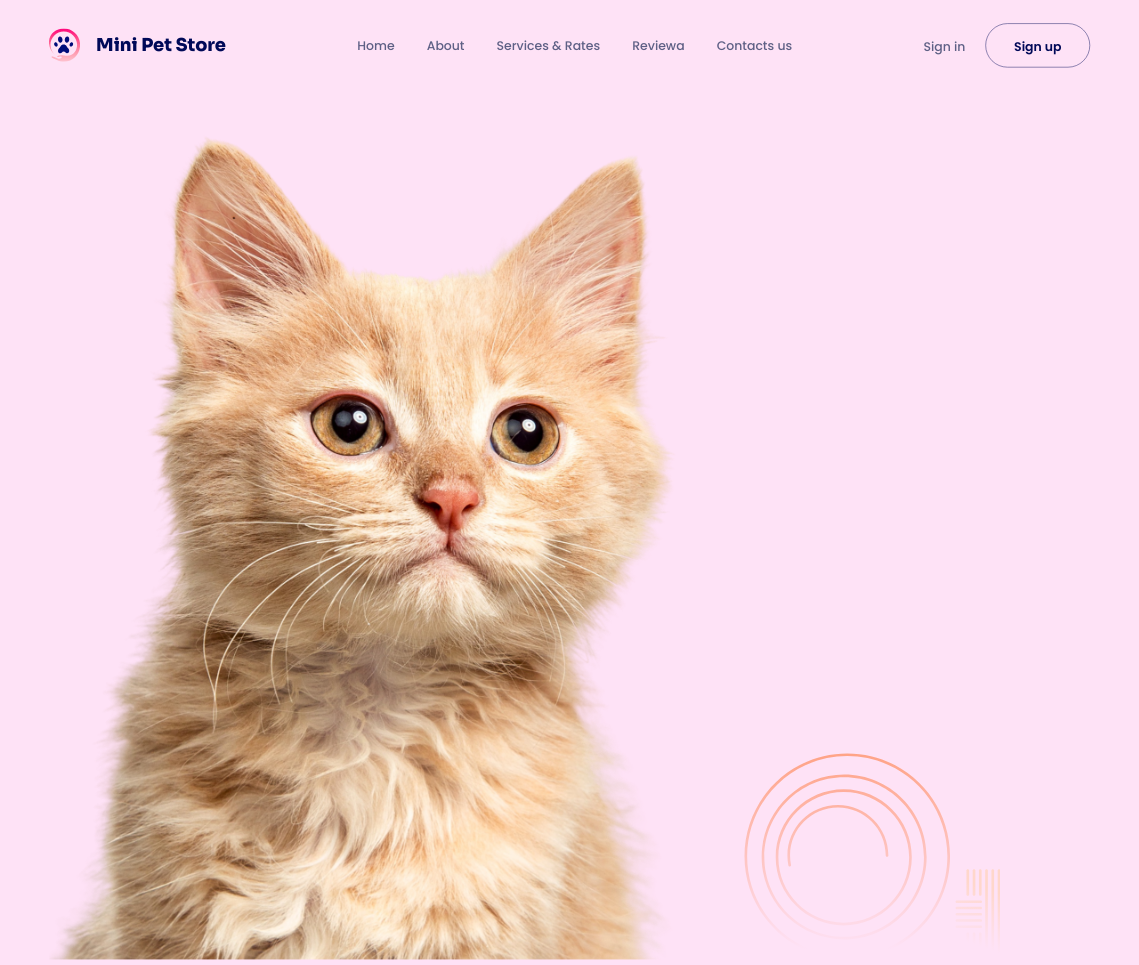
Repository: Tran-Dat/ASM-HTML5-F8-04
Page: index.html
An editor plug-in stored every save of this project. The page is shown before and after the next save, followed by the edit.
The browser window is 1280 px wide. The pictures show the whole page, at 89% of full size.

Above is the page before, as saved 2023-06-12 15:52:21.

### index.html
<!DOCTYPE html>
<html lang="en">
    <head>
        <meta charset="UTF-8" />
        <meta name="viewport" content="width=device-width, initial-scale=1.0" />
        <title>PS27621-TranTanDat-ASM</title>

        <!-- favicon -->
        <link
            rel="apple-touch-icon"
            sizes="57x57"
            href="./assets/favicon/apple-icon-57x57.png"
        />
        <link
            rel="apple-touch-icon"
            sizes="60x60"
            href="./assets/favicon/apple-icon-60x60.png"
        />
        <link
            rel="apple-touch-icon"
            sizes="72x72"
            href="./assets/favicon/apple-icon-72x72.png"
        />
        <link
            rel="apple-touch-icon"
            sizes="76x76"
            href="./assets/favicon/apple-icon-76x76.png"
        />
        <link
            rel="apple-touch-icon"
            sizes="114x114"
            href="./assets/favicon/apple-icon-114x114.png"
        />
        <link
            rel="apple-touch-icon"
            sizes="120x120"
            href="./assets/favicon/apple-icon-120x120.png"
        />
        <link
            rel="apple-touch-icon"
            sizes="144x144"
            href="./assets/favicon/apple-icon-144x144.png"
        />
        <link
            rel="apple-touch-icon"
            sizes="152x152"
            href="./assets/favicon/apple-icon-152x152.png"
        />
        <link
            rel="apple-touch-icon"
            sizes="180x180"
            href="./assets/favicon/apple-icon-180x180.png"
        />
        <link
            rel="icon"
            type="image/png"
            sizes="192x192"
            href="./assets/favicon/android-icon-192x192.png"
        />
        <link
            rel="icon"
            type="image/png"
            sizes="32x32"
            href="./assets/favicon/favicon-32x32.png"
        />
        <link
            rel="icon"
            type="image/png"
            sizes="96x96"
            href="./assets/favicon/favicon-96x96.png"
        />
        <link
            rel="icon"
            type="image/png"
            sizes="16x16"
            href="./assets/favicon/favicon-16x16.png"
        />
        <link rel="manifest" href="./assets/favicon/manifest.json" />
        <meta name="msapplication-TileColor" content="#ffffff" />
        <meta
            name="msapplication-TileImage"
            content="./assets/favicon/ms-icon-144x144.png"
        />
        <meta name="theme-color" content="#ffffff" />

        <!-- reset css -->
        <link rel="stylesheet" href="./assets/css/reset.css" />

        <!-- Font gg -->
        <link rel="preconnect" href="https://fonts.googleapis.com" />
        <link rel="preconnect" href="https://fonts.gstatic.com" crossorigin />
        <link
            href="https://fonts.googleapis.com/css2?family=Poppins:wght@300;400;500;600&family=Sora:wght@600;700;800&display=swap"
            rel="stylesheet"
        />

        <!-- styles css -->
        <link rel="stylesheet" href="./assets/css/styles.css" />
    </head>
    <body>
        <!-- Header -->
        <header class="header">
            <div class="container">
                <div class="header__inner">
                    <!-- Logo -->
                    <div class="header-logo">
                        <img src="./assets/img/logo.svg" alt="" class="logo" />
                        <h1 class="header-logo__title">
                            <a href="#!">Mini Pet Store</a>
                        </h1>
                    </div>

                    <!-- navbar -->
                    <nav class="navbar">
                        <ul class="navbar__list">
                            <li class="navbar__item">
                                <a href="#" class="navbar__link">Home</a>
                            </li>
                            <li class="navbar__item">
                                <a href="#" class="navbar__link">About</a>
                            </li>
                            <li class="navbar__item">
                                <a href="#" class="navbar__link"
                                    >Services & Rates</a
                                >
                            </li>
                            <li class="navbar__item">
                                <a href="#" class="navbar__link">Reviewa</a>
                            </li>
                            <li class="navbar__item">
                                <a href="#" class="navbar__link">Contacts us</a>
                            </li>
                        </ul>
                    </nav>

                    <!-- header action -->
                    <div class="header-action">
                        <a href="" class="header-action__link">Sign in</a>
                        <a href="" class="btn header-action__btn">Sign up</a>
                    </div>
                </div>
            </div>
        </header>

        <!-- Hero -->
        <section class="hero">
            <div class="container">
                <div class="hero__inner">
                    <!-- hero media -->
                    <div class="hero__media">
                        <div class="hero__img-wrap">
                            <img
                                src="./assets/img/pet-01.png"
                                alt=""
                                class="hero__img"
                            />

                            <!-- Decorators -->
                            <img
                                src="./assets/img/decor-01.svg"
                                alt=""
                                class="hero__decor"
                            />
                            <img
                                src="./assets/img/decor-02.svg"
                                alt=""
                                class="hero__decor"
                            />
                        </div>
                    </div>

                    <!-- hero content -->
                    <section class="hero__content"></section>
                </div>
            </div>
        </section>
    </body>
</html>

### assets/css/styles.css
* {
    box-sizing: border-box;
}

html {
    font-size: 62.5%;
}

body {
    font-size: 1.6rem;
    font-family: "Poppins", sans-serif;
    background: #fee2f6;
}

/* ============================ common ============================ */

a {
    text-decoration: none;
}

h1,
h2,
h3,
h4,
h5,
h6 {
    font-family: "Sora", sans-serif;
}

input,
textarea,
select,
button {
    font-size: inherit;
    font-family: inherit;
}

.container {
    width: 1170px;
    max-width: calc(100% - 48px);
    margin: 0 auto;
}

.btn {
    --height: 56px;

    display: inline-block;
    min-width: 130px;
    height: var(--height);
    line-height: var(--height);
    border: 1px solid #00095880;
    border-radius: 99px;

    font-weight: 600;
    font-size: 1.4rem;

    text-align: center;
    color: #000958;
}

.btn:hover {
    opacity: 0.9;
}

/* =============== Header =============== */

.header {
    padding: 26px 0;
}

.header__inner {
    display: flex;
    align-items: center;
    justify-content: space-between;
}

.header-logo {
    display: flex;
    align-items: center;
}

.header-logo__title a {
    padding: 8px 18px;
    font-weight: 800;
    font-size: 20px;
    color: #000958;
}

.navbar__list {
    display: flex;
}

.navbar__link,
.header-action__link {
    padding: 8px 18px;
    font-weight: 500;
    font-size: 1.4rem;
    line-height: 1;
    color: #5e6085;
}

.navbar__link:hover {
    color: #000958;
    text-shadow: 1px 0 0 currentColor;
}

.header-action__btn {
    --height: 50px;

    min-width: 118px;
}

/* =============== Hero =============== */

Loaded but not shown: assets/css/reset.css (common file)

After the next save:
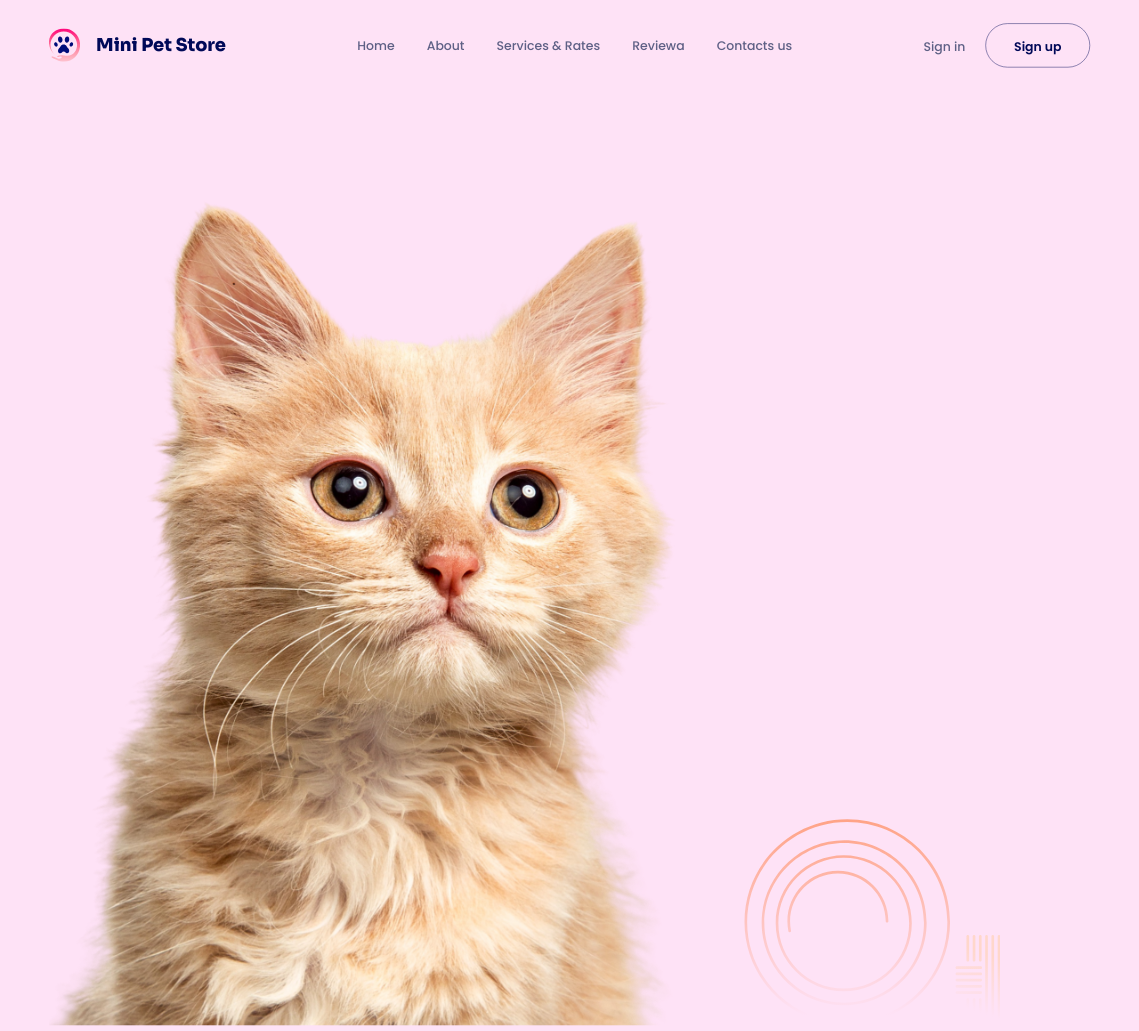
Saved 12 s later.
--- a/assets/css/styles.css
+++ b/assets/css/styles.css
@@ -111,3 +111,6 @@
 }
 
 /* =============== Hero =============== */
+.hero {
+    margin-top: 74px;
+}
